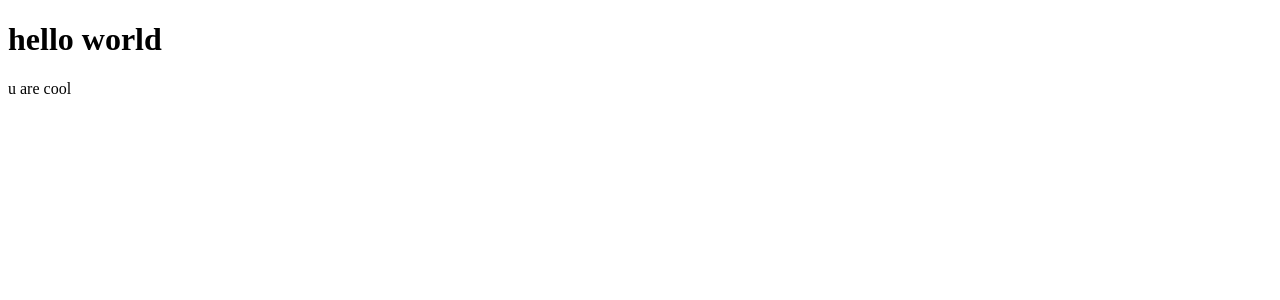
Repository: roma42/techytraining
Page: Project1/WebContent/index.html
An editor plug-in stored every save of this project. The page is shown before and after the next save, followed by the edit.
The browser window is 1280 px wide. The pictures show the whole page.

Above is the page before, as saved 2017-07-18 22:00:41.

### Project1/WebContent/index.html
<!DOCTYPE html>
<html>
<head>
<meta charset="UTF-8">
<title>project1</title>
</head>
<body>
<h1>hello world</h1>
<p>u are cool</p>
</body>
</html>

After the next save:
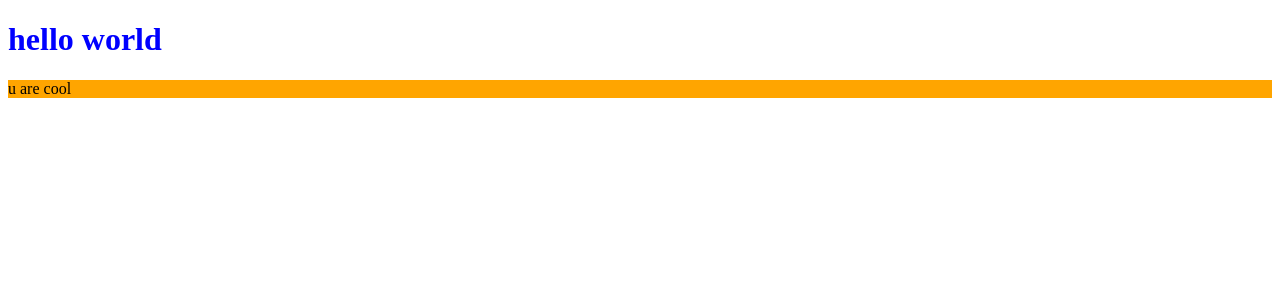
Saved 4 min 42 s later.
--- a/Project1/WebContent/index.html
+++ b/Project1/WebContent/index.html
@@ -3,6 +3,14 @@
 <head>
 <meta charset="UTF-8">
 <title>project1</title>
+<style type="text/css">
+h1 {
+color: blue;
+}
+p {
+background-color: orange;
+}
+</style>
 </head>
 <body>
 <h1>hello world</h1>
